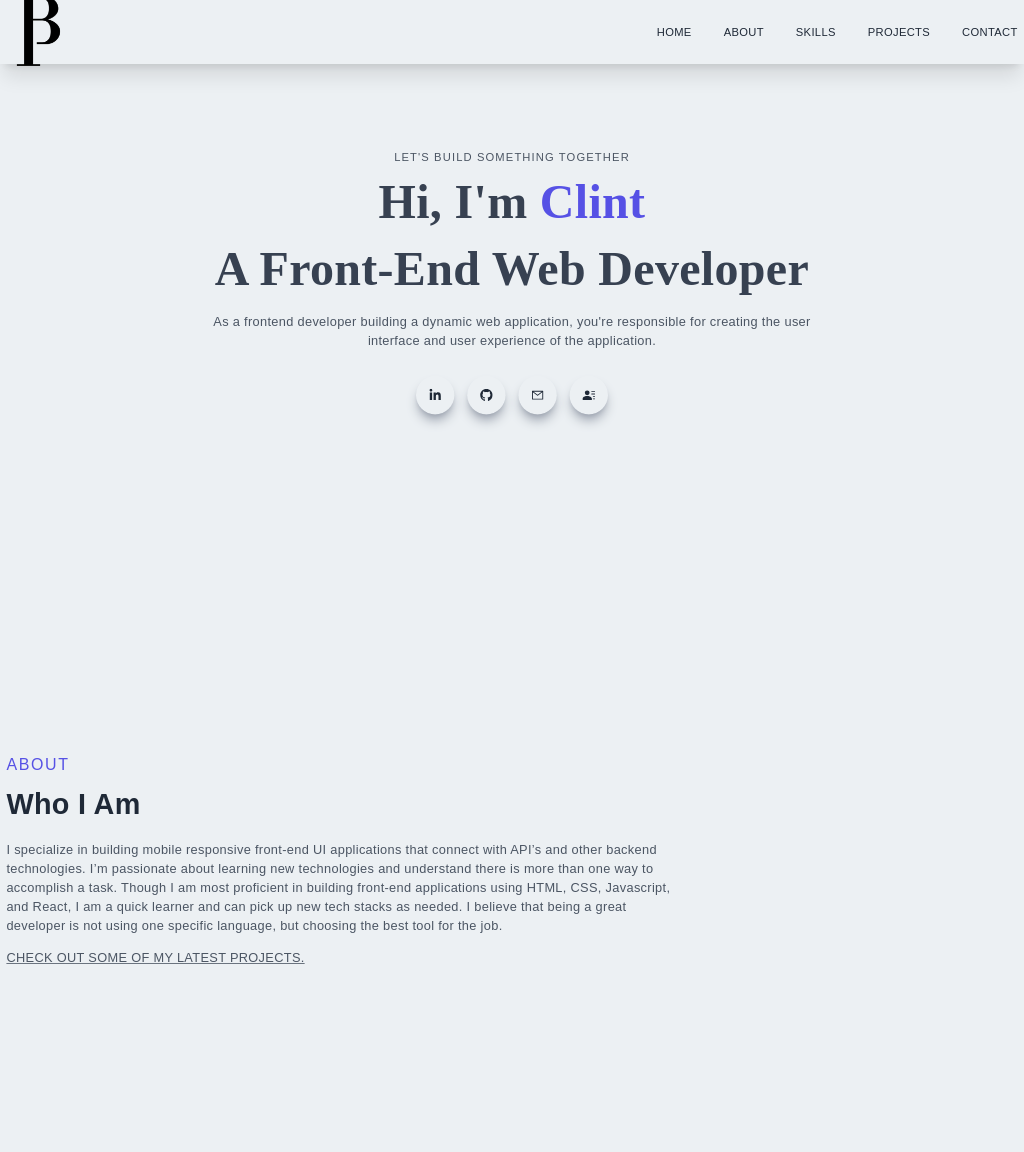
Repository: bittu-Patel/portfolio-resume-next-js
Page: /
An editor plug-in stored every save of this project. The page is shown before and after the next save, followed by the edit.
The browser window is 1280 px wide. The pictures show the whole page, at 80% of full size.
The project was rebuilt for these pictures with package versions that can differ from the ones it lists, and the page was loaded fresh each time. The framework's server and built-in components were replaced by stand-ins that run in the browser. Also part of the build but not shown: next.config.js.

Above is the page before, as saved 2023-09-22 13:42:23.

After the next save:
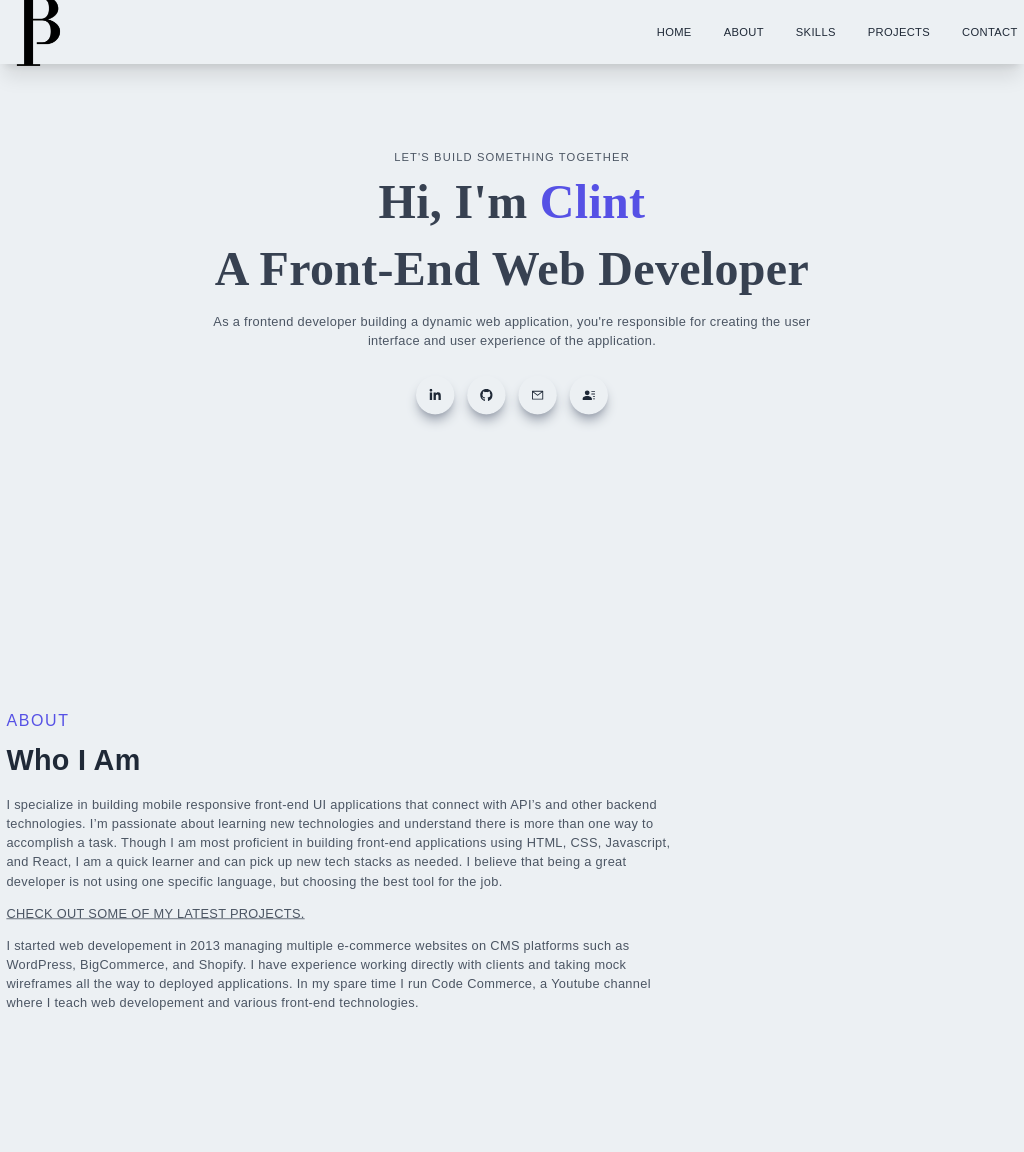
Saved 26 min 12 s later.
--- a/components/About.jsx
+++ b/components/About.jsx
@@ -20,7 +20,14 @@ const About = () => {
             <p className='uppercase py-2 text-gray-600 underline cursor-pointer'>
               Check out some of my latest projects.
             </p>
-
+            <p className='py-2 text-gray-600'>
+            I started web developement in 2013 managing multiple e-commerce
+            websites on CMS platforms such as WordPress, BigCommerce, and
+            Shopify. I have experience working directly with clients and taking
+            mock wireframes all the way to deployed applications. In my spare
+            time I run Code Commerce, a Youtube channel where I teach web
+            developement and various front-end technologies.
+          </p>
     </div>
             <div></div>
         </div>
